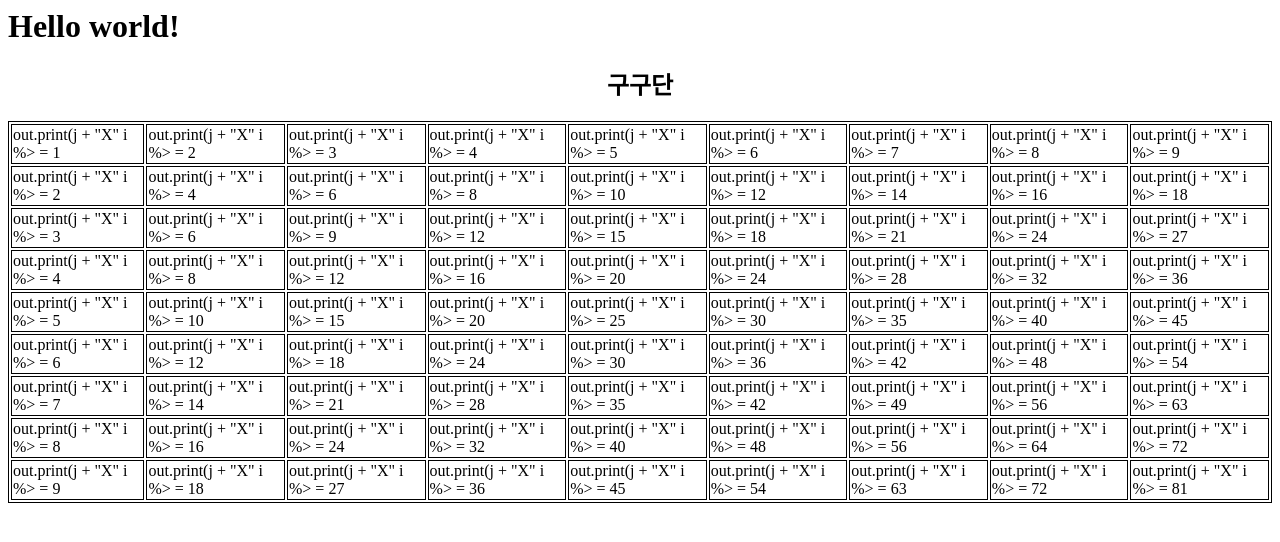
Repository: dhwngjs01/3-1_Spring_Server_Programming
Page: http://localhost/20230314_1to10/gugudan
These files come from the project's save history. The page is drawn as it stood at one moment and after the next save; the edit follows.
The browser window is 1280 px wide. The pictures show the whole page.
The page is served by Tomcat 9. Other server files are loaded and not shown.

Above is the page before, as saved 2023-03-14 05:54:27.

### 20230314_1to10/src/main/webapp/WEB-INF/views/gugudan.jsp
<%@ taglib uri="http://java.sun.com/jsp/jstl/core" prefix="c" %>
<%@ page session="false" contentType="text/html; charset=utf-8" %>
<html>
<head>
	<title>gugudan</title>
</head>
<body>
	<h1>Hello world!</h1>

	<h2 style="text-align:center;">구구단</h2>

	<table style="border:1px solid black">
		<tbody>
			<% for(int i = 1; i <= 9; i++){ %>
			<tr>
				<% for(int j = 1; j <= 9; j++){ %>
				<td style="border:1px solid black">out.print(j + "X"  i %> = <%= i*j %></td>
				<% } %>
			</tr>
			<% } %>
		</tbody>
	</table>
</body>
</html>

After the next save:
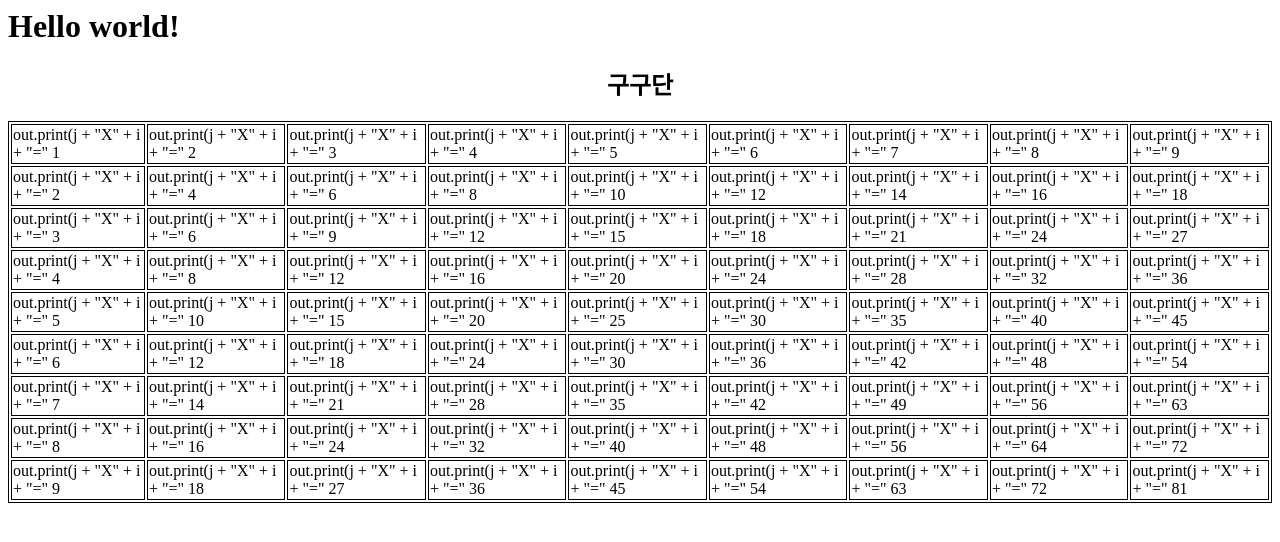
Saved 6 s later.
--- a/20230314_1to10/src/main/webapp/WEB-INF/views/gugudan.jsp
+++ b/20230314_1to10/src/main/webapp/WEB-INF/views/gugudan.jsp
@@ -14,7 +14,7 @@
 			<% for(int i = 1; i <= 9; i++){ %>
 			<tr>
 				<% for(int j = 1; j <= 9; j++){ %>
-				<td style="border:1px solid black">out.print(j + "X"  i %> = <%= i*j %></td>
+				<td style="border:1px solid black">out.print(j + "X" + i + "=" <%= i*j %></td>
 				<% } %>
 			</tr>
 			<% } %>
